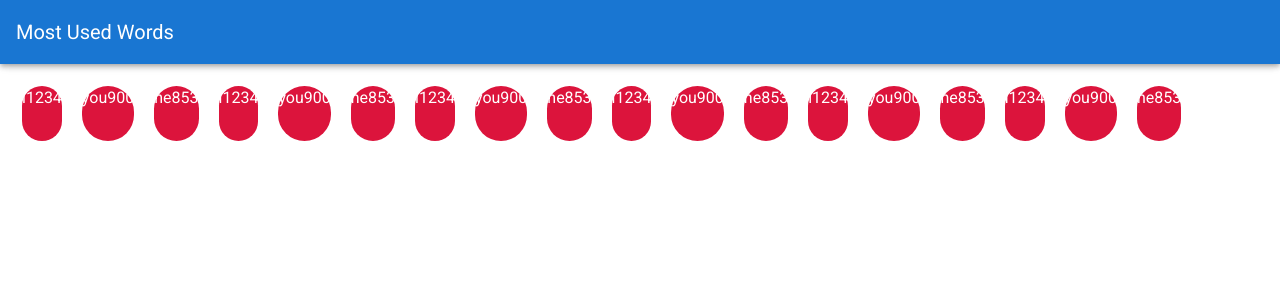
Repository: WillianPer/MOST-USED-WORDS
Page: /
The author's editor kept a copy of each file at every save. The page is drawn from the files as they stood at one save, then again after the next save.
The browser window is 1280 px wide. The pictures show the whole page.
The project was rebuilt for these pictures with package versions that can differ from the ones it lists, and the page was loaded fresh each time. Also part of the build but not shown: vue.config.js.

Above is the page before, as saved 2022-09-05 21:53:27.

### src/App.vue
<template>
  <v-app>
    <v-app-bar app color="primary" dark>
      <v-toolbar-title>Most Used Words</v-toolbar-title>
    </v-app-bar>

    <v-main>
      <HomeVue/>
    </v-main>
    <!-- <v-content>
      <HomeVue/>
    </v-content> -->
  </v-app>
</template>

<script>

import HomeVue from './components/HomeVue'


export default {
  name: "App",

  components: {

    HomeVue
},

  data: () => ({
    //
  }),
};
</script>

### src/components/HomeVue.vue
<template>
    <v-container fluid>
        <div class="pills">
            <PillVue v-for="word in groupedWords" :key="word.name"
                :name="word.name" :amount="word.amount" />
        </div>
    </v-container>
</template>

<script>
import PillVue from './PillVue.vue';
export default {
    components: { PillVue },
    data: function () {
        return {
            groupedWords: [
                { name: "i", amount: 1234 },
                { name: "you", amount: 900 },
                { name: "he", amount: 853 },
                { name: "i", amount: 1234 },
                { name: "you", amount: 900 },
                { name: "he", amount: 853 },
                { name: "i", amount: 1234 },
                { name: "you", amount: 900 },
                { name: "he", amount: 853 },
                { name: "i", amount: 1234 },
                { name: "you", amount: 900 },
                { name: "he", amount: 853 },
                { name: "i", amount: 1234 },
                { name: "you", amount: 900 },
                { name: "he", amount: 853 },
                { name: "i", amount: 1234 },
                { name: "you", amount: 900 },
                { name: "he", amount: 853 },
            ]
        }
    }
}
</script>

<style>
    .pills {
        display: flex;
        flex-wrap: wrap;
    }

</style>

### src/components/PillVue.vue
<template>
  <div class="pill">
    <span>{{ name }}</span>
    <span>{{ amount }}</span>
  </div>
</template>

<script>
export default {
    props: [ 'name', 'amount' ]
}
</script>

<style scoped>
    .pill {
        background-color: crimson;
        color: #fff;
        margin: 10px;
        height: 55px;
        border-radius: 30px;
    }
</style>

Loaded but not shown: public/index.html (common file); src/main.js (common file); src/plugins/vuetify.js (common file)

After the next save:
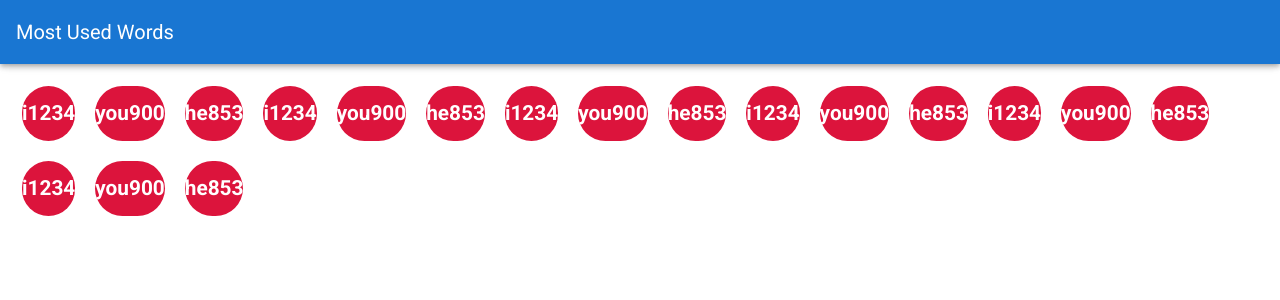
Saved 2 min 20 s later.
--- a/src/components/PillVue.vue
+++ b/src/components/PillVue.vue
@@ -13,10 +13,16 @@ export default {
 
 <style scoped>
     .pill {
-        background-color: crimson;
-        color: #fff;
         margin: 10px;
         height: 55px;
         border-radius: 30px;
+
+        background-color: crimson;
+        color: #fff;
+        font-size: 1.3rem;
+        font-weight: bold;
+
+        display: flex;
+        align-items: center;
     }
 </style>
